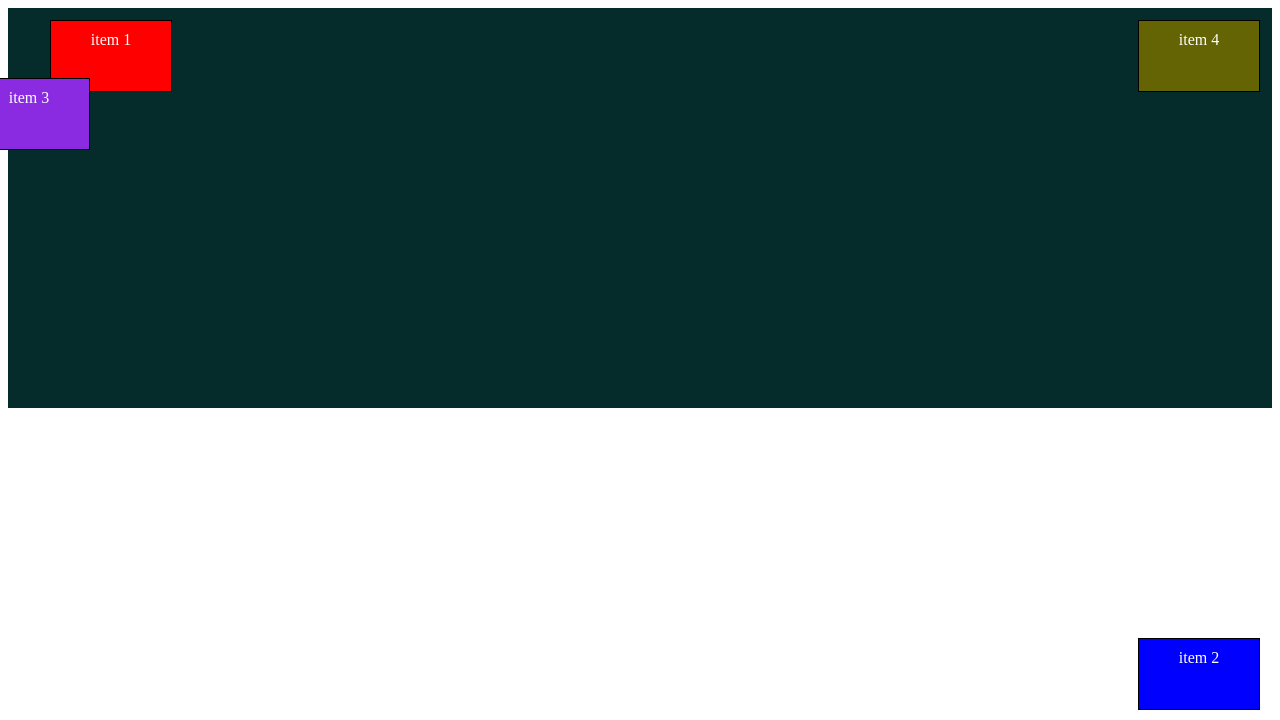
Repository: nmaury/TpsCambodge
Page: InternetProgramming/Css/sample.html
An editor plug-in stored every save of this project. The page is shown before and after the next save, followed by the edit.
The browser window is 1280 px wide. The pictures show the whole page.

Above is the page before, as saved 2022-12-06 02:34:40.

### InternetProgramming/Css/sample.html
<!DOCTYPE html>
<html>
<head>
    <link rel="stylesheet" href="sample.css">
</head>
<body>
    <div class="parent">
        <div class="item item1">item 1
        </div>
        <div class="item item2">item 2
        </div>
        <div class="item item3">item 3
        </div>
        <div class="item item4">item 4
        </div>
    </div>
</body>
</html>

### InternetProgramming/Css/sample.css
.item{
    background-color: rgb(100,100,4);
    padding : 10px;
    width: 100px;
    height: 50px;
    color: white;
    text-align: center;
    position: absolute;
    border: 1px solid black;
}
.item1{
    background-color: red;
    left: 50px;
    top: 20px;
}
.item2{
    background-color: blue;
    right: 20px;
    bottom: 10px;
}
.item3{
    background-color: blueviolet;
    position: relative;
    right: 40px;
    top: 70px;
}
.item4{
    position: fixed;
    right: 20px;
    top: 20px;
}
.parent{
    background-color: rgb(6,43,43);
    width: 100%;
    height: 400px;
}

After the next save:
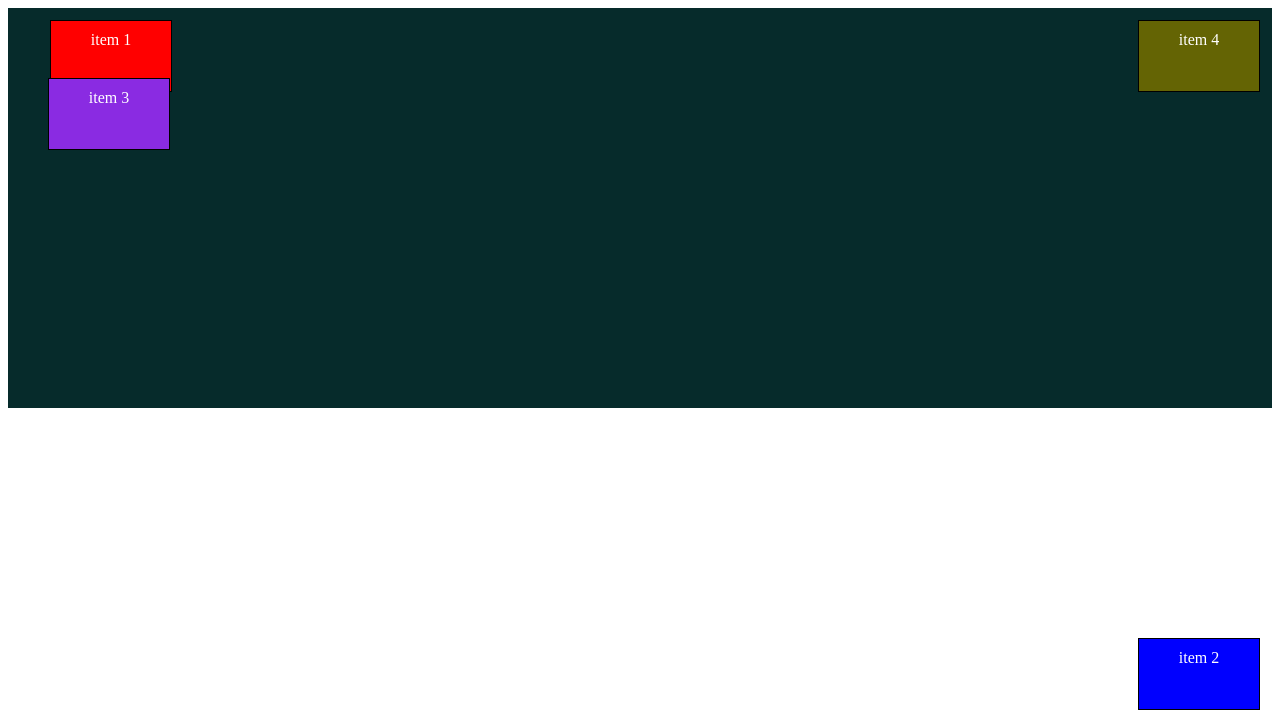
Saved 9 s later.
--- a/InternetProgramming/Css/sample.css
+++ b/InternetProgramming/Css/sample.css
@@ -21,7 +21,7 @@
 .item3{
     background-color: blueviolet;
     position: relative;
-    right: 40px;
+    left: 40px;
     top: 70px;
 }
 .item4{
